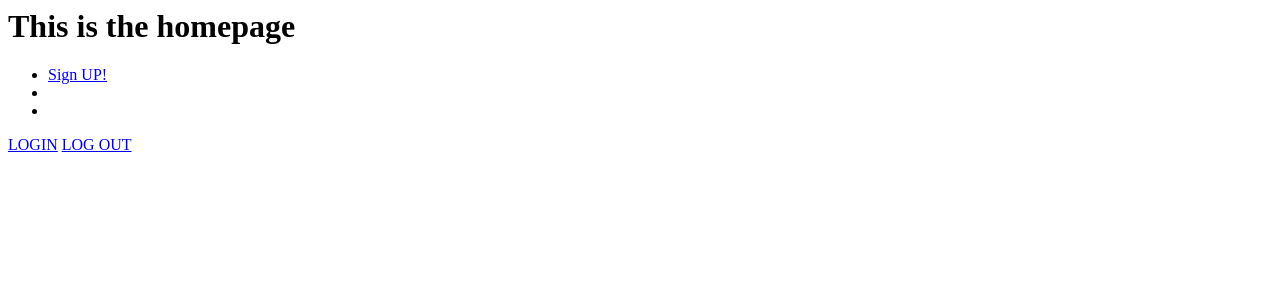
Repository: bosicheng/yelpcamp-project
Page: http://localhost/
The author's editor kept a record of every edit. The page is drawn from the files as they stood at one moment, then again after the next edit.
The browser window is 1280 px wide. The pictures show the whole page.
The page is served by the project's Node server (Authentication/AuthDemo/app.js).

Above is the page before.

After the next edit:
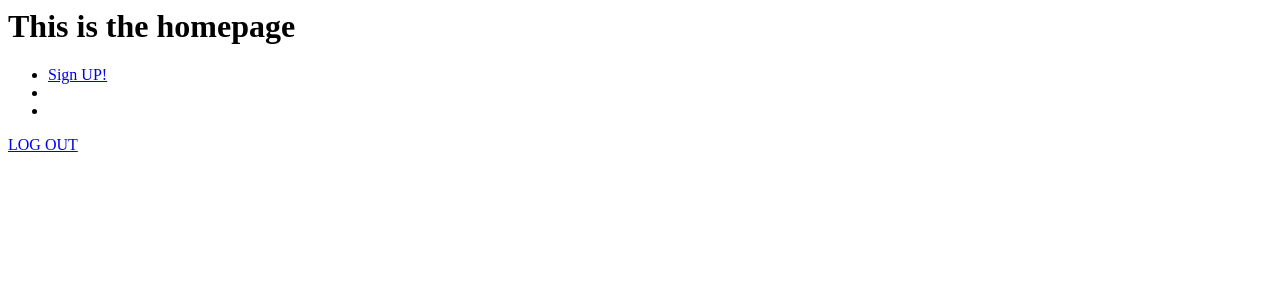
The edit:
--- a/Authentication/AuthDemo/views/home.ejs
+++ b/Authentication/AuthDemo/views/home.ejs
@@ -6,5 +6,5 @@
     <li></li>
 </ul>
 
-<a href='/login'>LOGIN</a>
+
 <a href='/logout'>LOG OUT</a>
